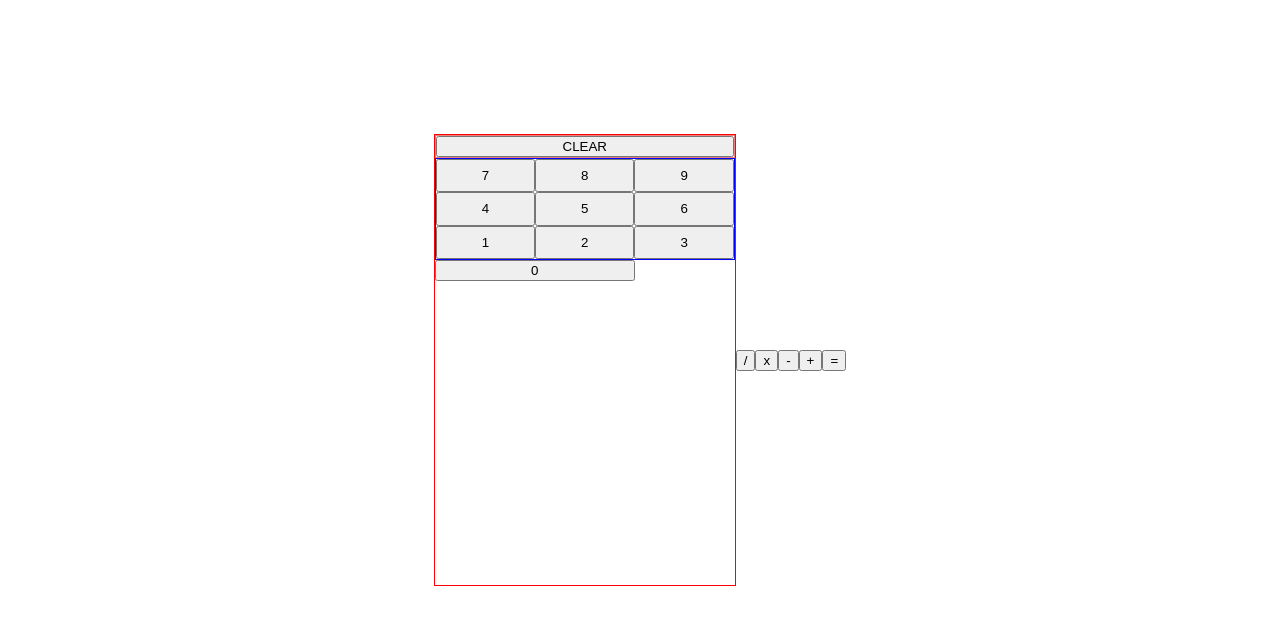
Repository: kocokoy/Calculator
Page: index.html
The author's editor kept a copy of each file at every save. The page is drawn from the files as they stood at one save, then again after the next save.
The browser window is 1280 px wide. The pictures show the whole page.

Above is the page before, as saved 2024-10-22 14:33:03.

After the next save:
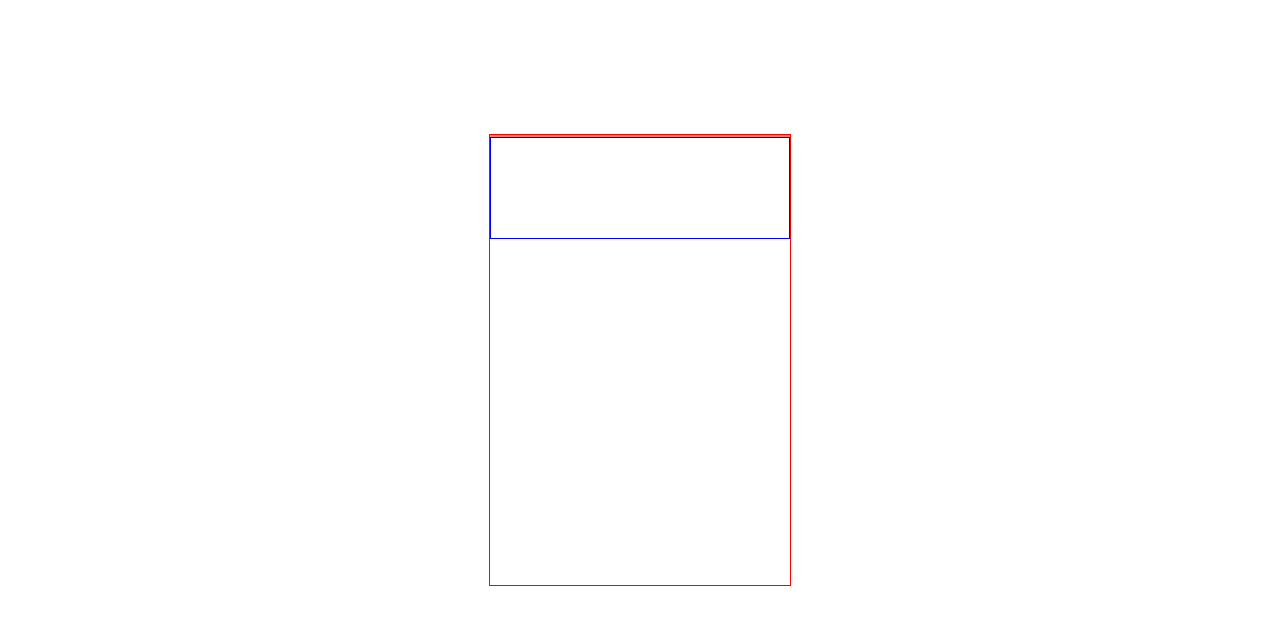
Console error: ReferenceError: clearUpper is not defined
Saved 78 s later.
--- a/script.js
+++ b/script.js
@@ -1,4 +1,4 @@
-const calculatorButton = ['clear',1,2,3,4,5,6,7,8,9,0];
+const calculatorButton = ['Clear',1,2,3,4,5,6,7,8,9,0];
 const operatorContent = ['/','x','-','+','='];
 const numberContainer = document.querySelector('.number-container');
 const numberButton = document.querySelectorAll('.number-button');
@@ -18,8 +18,7 @@
 const descendedNumber = calculatorButton.sort((a,b) => b-a)
 descendedNumber.forEach(num => {
   const button = document.createElement('button');
-  if(num === 'clear'){
-    clearUpper = num.toUpperCase();
+  if(num === 'Clear'){
     button.classList.add('clear-button');
     button.textContent = clearUpper;
     clearButtonContainer.appendChild(button);

After the save that followed:
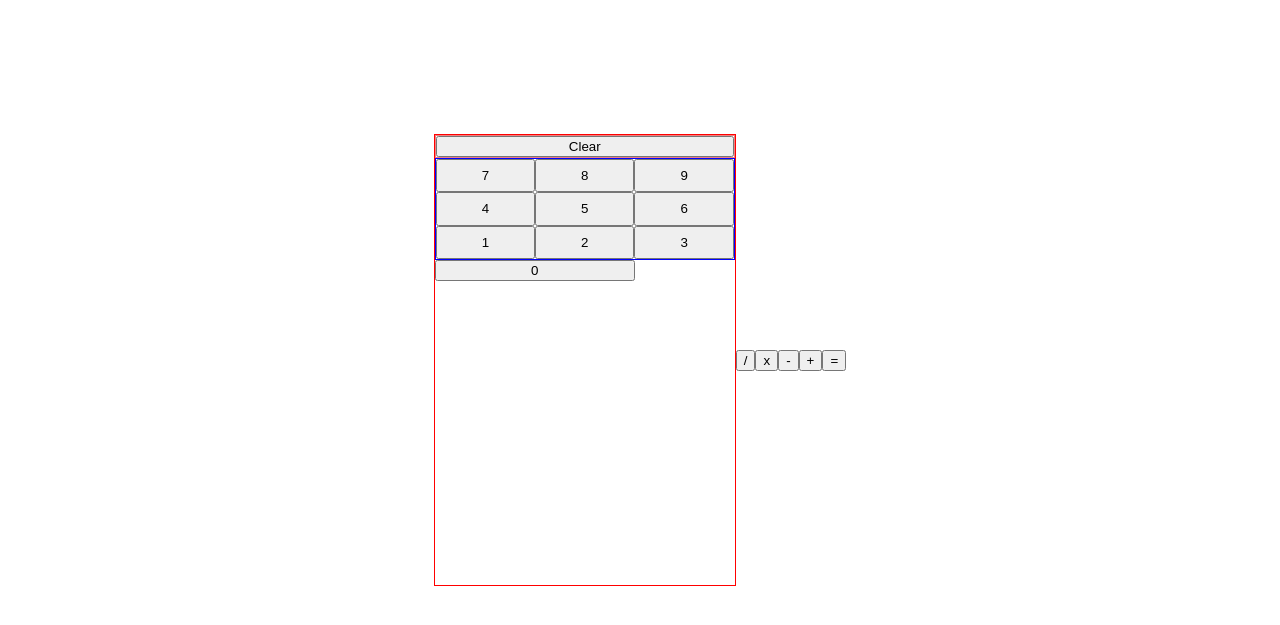
The error is gone.
Saved 19 s later.
--- a/script.js
+++ b/script.js
@@ -20,7 +20,7 @@
   const button = document.createElement('button');
   if(num === 'Clear'){
     button.classList.add('clear-button');
-    button.textContent = clearUpper;
+    button.textContent = num;
     clearButtonContainer.appendChild(button);
   }else if(num === 0){
     button.classList.add('number-button');
